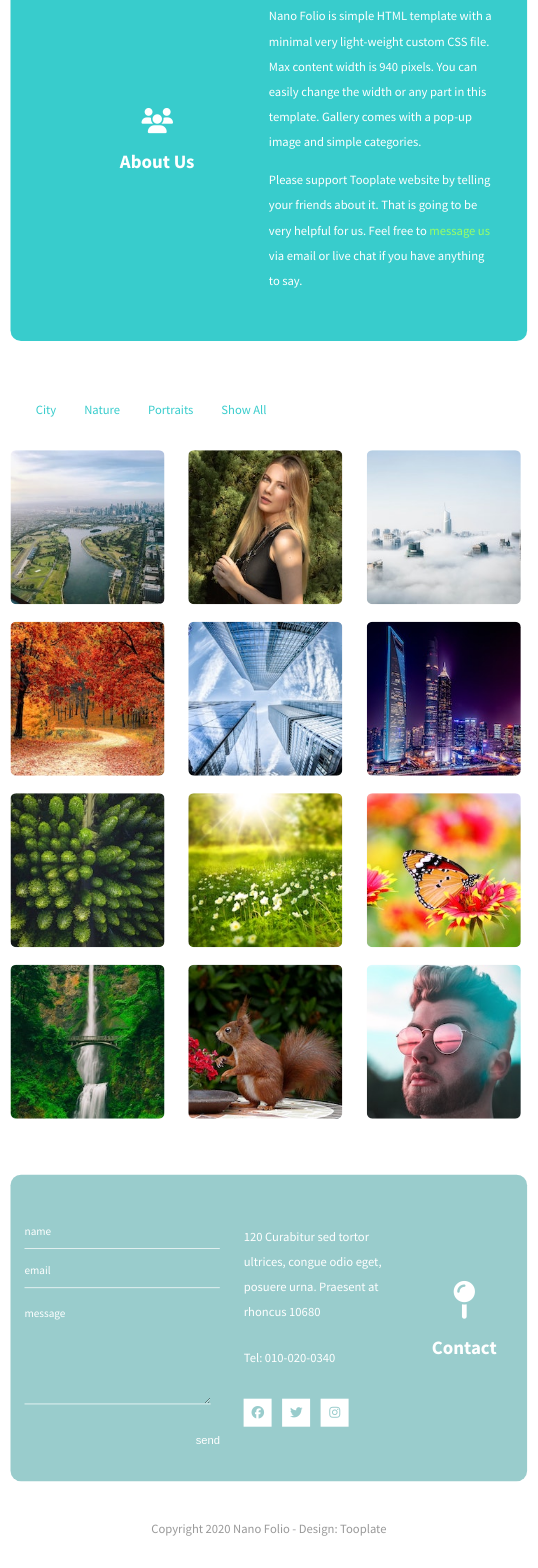
Repository: BuiVanVu102/Tooplate
Page: index.html
These files come from the project's save history. The page is drawn as it stood at one moment and after the next save; the edit follows.
The browser window is 768 px wide. The pictures show the part of the page from y = 643 to 2883 px (the page is 2905 px tall), at 70% of full size.
Some web libraries are served in a nearby version. The style sheet was rebuilt from its Sass, Less or Tailwind sources for each picture, by a compiler version that may differ from the author's.

Above is the page before, as saved 2021-11-17 12:48:06.

### index.html
<!DOCTYPE html>
<html lang="en">
<head>
	<meta charset="UTF-8">
	<meta http-equiv="X-UA-Compatible" content="IE=edge">
	<meta name="viewport" content="width=device-width, initial-scale=1.0">
	<link rel="preconnect" href="https://fonts.googleapis.com">
	<link rel="preconnect" href="https://fonts.gstatic.com" crossorigin>
	<link href="https://fonts.googleapis.com/css2?family=Source+Sans+Pro:wght@400;700&display=swap" rel="stylesheet">
	<link rel="stylesheet" href="./css/app.css">
	<title>Nano Folio - Live View</title>
</head>
<body>
		<div class="wrapper">
			<main>
				<section class="first">
					<div class="container">
						<div class="first__container">
							<i class="fas fa-heart fa-3x"></i>
							<h1 class="first__name">Nano Folio</h1>
						</div>
					</div>
				</section>
				<section class="about">
					<div class="container">
						<div class="about__container">
							<div class="about__heading">
								<i class="fas fa-users fa-2x"></i>
								<h2 class="about__name">
									About Us
								</h2>
							</div>
							<div class="about__desc">
								<p class="about__typography1">
									Nano Folio is simple HTML template with a minimal very light-weight custom CSS file. Max content width is 940 pixels. You can easily change the width or any part in this template. Gallery comes with a pop-up image and simple categories.
								</p>
								<p class="about__typography2">
									Please support Tooplate website by telling your friends about it. That is going to be very helpful for us. Feel free to <a rel="nofollow" href="https://www.tooplate.com/contact" target="_blank" style="color: #99FF66;">message us</a>  via email or live chat if you have anything to say.
								</p>
							</div>
						</div>
					</div>
				</section>
				<section class="show">
					<div class="container">
						<div class="show__container">
							<div class="show__header">
								<ul class="menu">
									<li class="menu__item"><a href="#!">City</a></li>
									<li class="menu__item"><a href="#!">Nature</a></li>
									<li class="menu__item"><a href="#!">Portraits</a></li>
									<li class="menu__item"><a href="#!">Show All</a></li>
								</ul>
							</div>
							<div class="show__list">
								<div class="show__img">
									<img src="./images/city-1.jpg" alt="">
								</div>
								<div class="show__img">
									<img src="./images/human-1.jpg" alt="">
								</div>
								<div class="show__img">
									<img src="./images/city-2.jpg" alt="">
								</div>
								<div class="show__img">
									<img src="./images/nature-1.jpg" alt="">
								</div>
								<div class="show__img">
									<img src="./images/city-3.jpg" alt="">
								</div>
								<div class="show__img">
									<img src="./images/city-4.jpg" alt="">
								</div>
								<div class="show__img">
									<img src="./images/nature-2.jpg" alt="">
								</div>
								<div class="show__img">
									<img src="./images/nature-3.jpg" alt="">
								</div>
								<div class="show__img">
									<img src="./images/nature-4.jpg" alt="">
								</div>
								<div class="show__img">
									<img src="./images/nature-5.jpg" alt="">
								</div>
								<div class="show__img">
									<img src="./images/nature-6.jpg" alt="">
								</div>
								<div class="show__img">
									<img src="./images/human-2.jpg" alt="">
								</div>

							</div>
						</div>
					</div>
				</section>
				<section class="form">
					<div class="container">
						<div class="form__container">
							<div class="form__submit">
								<input type="text" name="" id="" placeholder="name">
								<input type="email" name="" id="" placeholder="email">
								<textarea name="" id="" cols="30" rows="10" placeholder="message"></textarea>
								<button type="submit">send</button>
							</div>
							<div class="form__info">
								<address class="form__adress">120 Curabitur sed tortor ultrices, congue odio eget, posuere urna. Praesent at rhoncus 10680</address>
								<div class="form__phone">
									Tel: <a href="tel:0100200340" class="form__phone-link">010-020-0340</a>
								</div>
								<div class="form__network">
									<a href="https://facebook.com"><i class="fab fa-facebook"></i></a>
									<a href="https://twitter.com"><i class="fab fa-twitter"></i></a>
									<a href="https://instagram.com"><i class="fab fa-instagram"></i></a>

								</div>
							</div>
							<div class="form__contact">
								<i class="fas fa-map-pin fa-3x"></i>
								<h2 class="form__contact-text">
									Contact
								</h2>
							</div>
						</div>
					</div>
				</section>
			</main>
			<footer class="footer">
				<div class="container">
					<div class="footer__container">

					Copyright 2020 Nano Folio - Design: <a rel="sponsored" href="https://www.tooplate.com" class="footer__link">Tooplate</a>
					</div>
				</div>
			</footer>
		</div>
		<script src="https://kit.fontawesome.com/33b4a28a88.js" crossorigin="anonymous"></script>
</body>
</html>

### sass/app.scss
@import 'variable';
@import 'reset';
@import 'global';
@import 'first';
@import 'about';
@import 'show';
@import 'form';
@import 'footer';

### sass/_variable.scss
$font: 'Source Sans Pro', sans-serif;
$text-color: #ffff;
$title-color: #38cccc;

### sass/_reset.scss
html {
	box-sizing: border-box;
  }
  * {
	margin: 0;
	padding: 0;
  }
  *,
  *:before,
  *:after {
	box-sizing: border-box;
  }
  input,
  textarea,
  select,
  button {
	outline: none;
  }
  input {
	line-height: normal;
  }
  label,
  button {
	cursor: pointer;
  }
  a {
	text-decoration: none;
  }
  img {
	display: block;
	max-width: 100%;
  }

### sass/_global.scss
body {
	line-height: 2em;
	color: $font;
	font-size: 18px;
	font-family: $font;
	font-weight: 400;
	background-color: white;
	overflow-x: hidden;
}

.wrapper {
	max-width: 100%;
	margin: 0 auto;
}
.container {
	width: 100%;
	max-width: 970px;
	margin: 0 auto;
	padding: 0px 15px;
}

### sass/_first.scss
.first {
	margin-top: 60px;
	&__container{
		display: flex;
		flex-direction: column;
		justify-content: center;
		align-items: center;
		border-radius: 15px;
		max-width: 940px;
		height: 470px;
		background-color: #f96699;
		color: white;
		margin-bottom: 50px;

	}
	&__name {
		margin: 22px 0;
	}
}
.fa-hear:before {
	content: "\f004";
}

### sass/_about.scss
.about {
	margin-top: 0px;
	&__container {
		display: flex;
		// justify-content: center;
		// align-items: center
		padding: 50px 50px;
		margin-bottom: 80px;

		min-height: 482px;
		max-width: 940px;
		background-color: #38cccc;
		color: white;

		border-radius: 15px;
	}
	&__heading {
		display: flex;
		flex-direction: column;
		align-items: center;
		justify-content: center;

		// min-width: 420px;
		min-width: 50%;
		min-height:382px;
	}
	&__name {
		margin:  22px 0;
		font-size: 1.5em;
		font-weight: bold;
	}
	&__decs {
		display: block;
		min-width: 50%;
	}
	&__typography1 {
		margin: 18px 0 40px;

		margin-block-start: 1em;
		margin-block-end: 1em;
		margin-inline-start: 0px;
		margin-inline-end: 0px;
	}
	&__typography2 {
		margin: 18px 0 0;

		margin-block-start: 1em;
		margin-block-end: 1em;
		margin-inline-start: 0px;
		margin-inline-end: 0px;
	}
}
.fa-user:before {
	content: "\f0c0";
}

// @media screen and (max-width: 767px) {
// 	.about {
// 		&__heading {
// 			min-width: auto;
// 		}
// 	}
// }

### sass/_show.scss
.show {
	margin-bottom: 80px;
	&__container {
		display: block;
	}
	&__header {
		display: flex;
		justify-content: flex-end;
		align-items: center;
		margin-bottom: 40px;
		color: #38CCCC;
	}
	&__list {
		display: grid;
		grid-template-columns: repeat(4, 1fr);
		gap: 20px;

		position: relative;
	}
	&__img img{
		width: 220px;
		height: 220px;
		border-radius: 0.5rem;
	}

}

.menu {
	list-style: none;
	display: flex;
	align-items: center;
	gap: 0 40px;


	&__item a {
		color: inherit;
		font-size: 18px;
	}
	&__item a:focus{
		color: #f96699;
	}
}
@media screen and (max-width: 768px) {
	.show__header {
		display: flex;
		justify-content: flex-start;
	}
	.show__list {
		display: grid;
		grid-template-columns: repeat(3, 1fr);
		gap: 25px 25px;

	}
	.menu {
		margin-left: 36px;
	}

}

### sass/_form.scss
.form {
	margin-bottom: 50px;
	&__container {
		display: flex;
		justify-content: space-between;
		align-self: center;

		max-width: 940px;
		height: 438px;

		color: white;
		background-color: #99CCCC;

		padding: 50px 20px;

		border-radius: 15px;
	}
	&__submit {
		display: block;
		width: 40%;
	}
	&__submit  input{
		display: block;
		font-family: $font;
		font-size: 1rem;
		background: transparent;
		color: white;
		border: 0;
		border-bottom: 1px solid white;
		padding: 15px 0;
		margin-top: 5px;
		margin-bottom: 5px;
		width: 100%;
	}
	&__submit textarea {
		font-family: $font;
		font-size: 1rem;
		background:transparent;
		border: 0;
		border-bottom: 1px solid white;
		color: white;
		padding: 15px 0;
		margin: 5px 0 30px;
		max-width: 100%;
		max-height: 156px;
	}
	&__submit input:focus-visible {
		outline-offset: 0px;
		outline: -webkit-focus-color auto 1px;
		outline-color: -webkit-focus-ring-color;
		outline-style: auto;
		outline-width: 1px;
	}
	&__submit textarea:focus-visible {
		outline-offset: 0px;
		outline: -webkit-focus-ring-color auto 1px;
		outline-color: -webkit-focus-ring-color;
		outline-style: auto;
		outline-width: 1px;
	}
	&__submit button {
		display: block;

		background: none;
		color: white;
		font-size: 1rem;
		border: 0;
		cursor: pointer;
		transition: all 0.3s ease;

		margin-left: auto;
		margin-right: 0;
	}
	&__submit button:hover {
		color: black;
	}
	&__submit button:focus-visible {
		outline-offset: 0px;
		outline: -webkit-focus-ring-color auto 1px;
		outline-color: -webkit-focus-ring-color;
		outline-style: auto;
		outline-width: 1px;
	}
	&__info {
		display: block;

		width: 40%;
		padding: 20px 34px 0;
	}
	&__adress{
		display: block;
		margin-bottom: 30px;
		font-style: normal;
		font-size: 18px;

		max-width: 292px;
	}
	&__phone {
		display: block;
		margin-bottom: 40px;
		color: white;
		&-link {
			color: inherit;
			transition: all 0.3s ease;
		}
		&-link:hover {
			color: #38CCCC;
		}
	}
	&__network {
		display: flex;

	}
	&__network a {
		display: flex;
		justify-content: center;
		align-items: center;

		height: 40px;
		width: 40px;

		background-color: #ffff;
		margin-right: 15px;

		color: #99cccc;
		transition: all 0.3s ease;
	}
	&__network a:hover {
		color: #30ADAD;
	}
	&__contact {
		display: flex;
		flex-direction: column;
		align-items: center;
		justify-content: center;

		width: 20%;
		padding: 0 34px;
		&-text {
			display: block;
			margin: 22.4px;
			font-size: 1.5em;
			font-weight: bold;

		}
	}
}
::placeholder {
	color: white;

}

.fa-facebook:before {
	content: "\f09a";
}
.fa-twitter:before {
    content: "\f099";
}
.fa-instagram:before {
    content: "\f16d";
}
.fa-map-pin:before {
    content: "\f276";
}

### sass/_footer.scss
.footer {
	margin-bottom: 60px;
	&__container {
		display: block;
		color: #999999;
		text-align: center;
	}
	&__link {
		color:#999999;
		transition: all 0.3s ease;
	}
	&__link:hover {
		color: #38CCCC;
	}

}

After the next save:
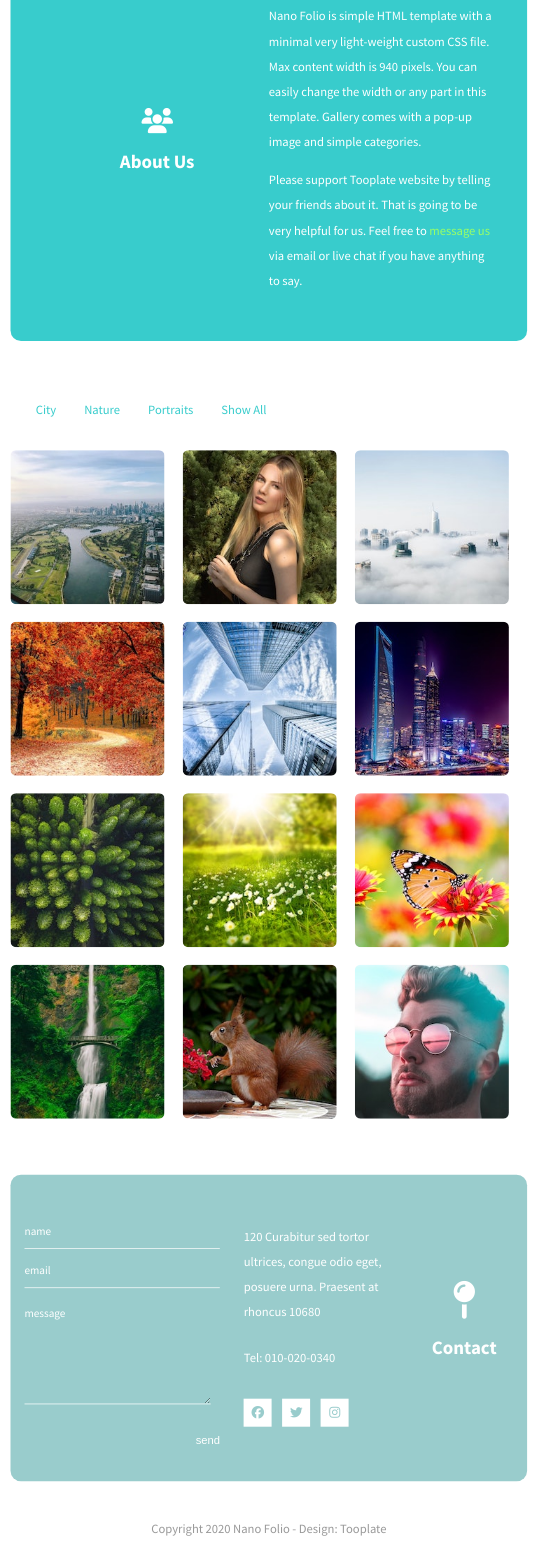
Saved 5 s later.
--- a/sass/_show.scss
+++ b/sass/_show.scss
@@ -48,7 +48,7 @@
 	.show__list {
 		display: grid;
 		grid-template-columns: repeat(3, 1fr);
-		gap: 25px 25px;
+		gap: 25px 0;
 
 	}
 	.menu {
